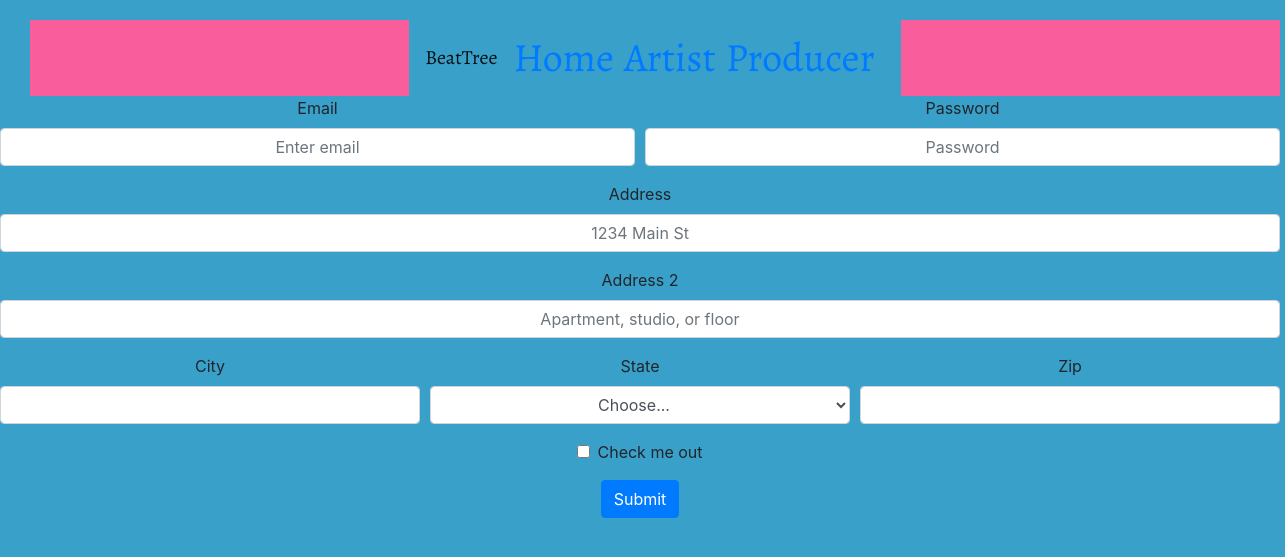
Repository: kellysciandra/beattree
Page: /signup
These files come from the project's save history. The page is drawn as it stood at one moment and after the next save; the edit follows.
The browser window is 1280 px wide. The page is 1285 px wide, so the pictures cover 1285 px, including what lies to the right of the window. The pictures show the whole page.
The project was rebuilt for these pictures with package versions that can differ from the ones it lists, and the page was loaded fresh each time. Also part of the build but not shown: src/components/layout/Home.js, src/components/artist/Artist.js, src/components/producer/Producer.js, src/components/MusicSection.js, src/components/signup/ArtistSignup.js, src/components/signup/ProducerSignup.js.

Above is the page before, as saved 2019-12-22 11:32:37.

### public/index.html
<!DOCTYPE html>
<html lang="en">
  <head>
    <meta charset="utf-8" />
    <link rel="icon" href="%PUBLIC_URL%/favicon.ico" />
    <meta name="viewport" content="width=device-width, initial-scale=1" />
    <meta name="theme-color" content="#000000" />
    <meta
      name="description"
      content="Web site created using create-react-app"
    />
    <link rel="apple-touch-icon" href="%PUBLIC_URL%/logo192.png" />
    <link href="https://fonts.googleapis.com/css?family=IBM+Plex+Serif&display=swap" rel="stylesheet">
    <link href="https://fonts.googleapis.com/css?family=Alegreya:400,900&display=swap" rel="stylesheet">
    <!--
      manifest.json provides metadata used when your web app is installed on a
      user's mobile device or desktop. See https://developers.google.com/web/fundamentals/web-app-manifest/
    -->
    <link rel="manifest" href="%PUBLIC_URL%/manifest.json" />
    <!--
      Notice the use of %PUBLIC_URL% in the tags above.
      It will be replaced with the URL of the `public` folder during the build.
      Only files inside the `public` folder can be referenced from the HTML.

      Unlike "/favicon.ico" or "favicon.ico", "%PUBLIC_URL%/favicon.ico" will
      work correctly both with client-side routing and a non-root public URL.
      Learn how to configure a non-root public URL by running `npm run build`.
    -->
    <title>React App</title>
  </head>
  <body>
    <noscript>You need to enable JavaScript to run this app.</noscript>
    <div id="root"></div>
    <!--
      This HTML file is a template.
      If you open it directly in the browser, you will see an empty page.

      You can add webfonts, meta tags, or analytics to this file.
      The build step will place the bundled scripts into the <body> tag.

      To begin the development, run `npm start` or `yarn start`.
      To create a production bundle, use `npm run build` or `yarn build`.
    -->
  </body>
</html>

### src/App.js
import React from 'react';
import { BrowserRouter as Router, Route} from 'react-router-dom'

//components
import Home from './components/layout/Home'
import NavBar from './components/layout/NavBar'
import Artist from './components/artist/Artist'
import Signup from './components/signup/Signup'
import MusicSection from './components/MusicSection'
import ArtistSignup from './components/signup/ArtistSignup'
import ProducerSignup from './components/signup/ProducerSignup'

//css
import './css/style.scss'


const App = (props) => {
  return (
    <Router>
      <div>
        <NavBar />
        <Route exact path="/" component={Home}/>
        <Route exact path="/signup" component={Signup} />
        <Route exact path="/signup/artist" component={ArtistSignup}/>
        <Route exact path="/signup/producer" component={ProducerSignup}/>
        <Route exact path="/artist" component={Artist}/>
        <Route exact path="/producer" component={MusicSection}/>
      </div>
    </Router>
  )
}

export default App

### src/components/layout/NavBar.js
import React from 'react'
import { NavLink } from 'react-router-dom'
import Navbar from 'react-bootstrap/Navbar'


const NavBar = () => {
    return (
        <div className='nav-bar'>
        <Navbar expand="sm" variant="light">
          <Navbar.Brand href="#">BeatTree</Navbar.Brand>

            <NavLink to='/' style={{ marginRight: 10 }}>Home </NavLink>
            <NavLink to="/signup/" style={{ marginRight: 10 }}>Artist</NavLink>
            <NavLink to="/signup/producer" style={{ marginRight: 10 }}>Producer</NavLink>
      </Navbar>
      </div>
    )
}

export default NavBar

### src/components/signup/Signup.js
import React from "react";

import Button from 'react-bootstrap/Button'
import "@fortawesome/fontawesome-free/css/all.min.css";
import "bootstrap-css-only/css/bootstrap.min.css";




import { Col, Form } from "react-bootstrap";


function Signup() {
      return(
    <Form>
      <Form.Row>
        <Form.Group as={Col} controlId="formGridEmail">
          <Form.Label>Email</Form.Label>
          <Form.Control type="email" placeholder="Enter email" />
        </Form.Group>

        <Form.Group as={Col} controlId="formGridPassword">
          <Form.Label>Password</Form.Label>
          <Form.Control type="password" placeholder="Password" />
        </Form.Group>
      </Form.Row>

      <Form.Group controlId="formGridAddress1">
        <Form.Label>Address</Form.Label>
        <Form.Control placeholder="1234 Main St" />
      </Form.Group>

      <Form.Group controlId="formGridAddress2">
        <Form.Label>Address 2</Form.Label>
        <Form.Control placeholder="Apartment, studio, or floor" />
      </Form.Group>

      <Form.Row>
        <Form.Group as={Col} controlId="formGridCity">
          <Form.Label>City</Form.Label>
          <Form.Control />
        </Form.Group>

        <Form.Group as={Col} controlId="formGridState">
          <Form.Label>State</Form.Label>
          <Form.Control as="select">
            <option>Choose...</option>
            <option>...</option>
          </Form.Control>
        </Form.Group>

        <Form.Group as={Col} controlId="formGridZip">
          <Form.Label>Zip</Form.Label>
          <Form.Control />
        </Form.Group>
      </Form.Row>

      <Form.Group id="formGridCheckbox">
        <Form.Check type="checkbox" label="Check me out" />
      </Form.Group>

      <Button variant="primary" type="submit">
        Submit
      </Button>
    </Form>
    )
  };






export default Signup

### src/css/style.scss
@import url('https://fonts.googleapis.com/css?family=Roboto:300,400,700');

* {
  text-align: center;
  margin: 0;
  padding: 0;
  -webkit-box-sizing: border-box;
  -moz-box-sizing: border-box;
  box-sizing: border-box;
  background-color:#39a0ca
}

html {
  font-size: 16px;
  font-family: 'IBM Plex Serif', serif;
}

@media screen and (max-width: 500px) {
  html {
    font-size: 10px;
  }
}

.container-1 {
  background-color: #f95d9b;
  border: dotted;
  border-style: dashed;
  padding: 10px;
  margin-left: 75px;
  display: inline;
}

.container-2 {
  background-color: #478559;
  border: dotted;
  border-style: dashed;
  padding: 10px;
  margin-left: 75px;
  display: inline;
}



.italic {
  font-style: italic;
}

.caption {
  text-transform: uppercase;
  font-weight: 300;
}

/* Music Panel related */

.music-panel {
  display: grid;
  grid-template-columns: 1fr;
}

.nav-bar {
  text-align: center;
  font-family: 'Alegreya', serif;
  margin-top: 20px;
  margin-left: 30px;
  font-size: 40px;
  display: flex;
  justify-content: space-around;
  background-color: #f95d9b
}

li {
  list-style: none;
  display: inline-block;
}

.links {
  padding: 1em;
  text-decoration: none;
  color: #ab14ab;
}


.link-div {
  text-transform: uppercase;
  padding: 1em;
  text-align: center;
}

.link-div:hover,
.link-div:focus,
.link-div:active {
  border-bottom: solid 4px #ab14ab;
}

.active-link {
  border-bottom: solid 4px #ab14ab;
}

/* Song Panel related */
.show-songs {
  padding: 1em;
  height: 70vh;
}

.song-list {
  height: 80%;
  overflow-y: auto;
}

/* Search bar related */

.search-bar {
  margin: 1em;
}

.search-div {
  color: #ab14ab;
  font-size: 1em;
  position: relative;
}

.search-box {
  visibility: hidden;
  letter-spacing: 1px;
  padding: 1em;
  height: 40px;
}

.search-icon {
  position: absolute;
  top: 40%;
  left: -4px;
  color: #ab14ab;
}

.search-div:hover {
  cursor: pointer;
}

.search-div:hover .search-box {
  visibility: visible;
}

.search-div:hover .close-icon {
  visibility: visible;
}


.close-icon {
  position: absolute;
  right: 0;
  top: 40%;
  visibility: hidden;
  color: #bbb;
}

.close-icon:hover {
  cursor: pointer;
}

input[type=text] {
  width: 100%;
  border: 0;
  outline: 0;
}

input[type=text]:hover  {
  cursor: pointer;
}


input[type=text]:focus  {
  border-bottom: solid 2px #ab14ab;
}


/* song info related */
.song-info {
  display: grid;
  grid-template-columns: 1fr 1fr 1fr;
  border-bottom: solid 1px #ddd;
  margin-bottom: 1em;
  padding: 1em;
  grid-gap: 1em;
}

.song-info:hover {
  background-color: #eee;
  box-shadow: 1px 1px 15px rgba(0, 0, 0, .5);
}

.song-name {
  font-size: 1em;
  padding: 1px;
}


.song-artist {
  font-size: 0.7em;
}

.song-rating {
  font-size: 0.7em;
}

.movie-info {
  width: 100px;
  text-overflow: ellipsis;
  overflow: hidden;
  white-space: nowrap;
  display: inline-block;
}


/* Popover related */
.popover {
  position: relative;
  display: inline-block;
  padding: 10px;
}

.popover-icon {
  color: #ab14ab;
  cursor: pointer;
}

.popover-content {
  display: none;
  background-color: #eee;
  padding: 1em;

  position: absolute;
  z-index: 1;
  top: -29px;
  left: 23px;

  border-radius: 2px;
  font-size: 1.3rem;

  width: 200px;
  opacity: .8;
  border: 1px solid #ddd;
}

.popover-content::before {
  content: '';
  border-bottom: solid 10px transparent;
  border-top: solid 10px transparent;
  border-right: solid 10px #eee;
  position: absolute;
  left: -8px;
  top: 36%;

}

.popover:hover .popover-content {
  display: block;
}

/* audio related */
audio {
  width: 200px;
}

@media screen and (max-width: 500px) {
  .popover-content::before {
    content: '';
    border-bottom: solid 10px transparent;
    border-top: solid 10px transparent;
    border-right: solid 10px #eee;
    position: absolute;
    left: -8px;
    top: 25%;
  }

  .popover-content {
    display: none;
    background-color: #eee;
    padding: 1em;

    position: absolute;
    z-index: 1;
    top: -13px;
    left: 21px;

    border-radius: 2px;
    font-size: 1.3rem;

    width: 150px;
    opacity: .8;
    border: 1px solid #ddd;
  }

  audio {
    width: 150px;
  }

  .movie-info {
    width: 20px;
  }
}

@media screen and (max-width: 320px) {
  .movie-info {
    width: 10px;
  }

  audio {
    width: 90px;
  }
}

.popover-info {
  display: block;
  font-size: .5em;
}

/* Stars related */
.star {
  padding: 0.2em;
  cursor: pointer;
}

.checked {
  color: #ab14ab;
}

.unchecked {
  color: #eee;
}


/* scrollbar related */
::-webkit-scrollbar {
  width: 10px;
}

::-webkit-scrollbar-thumb {
  border-radius: 8px;
  background-color: #ddd;
}

.login {
  border-radius: 25px;
  border-width: 10px;
  white-space: nowrap;
  padding: 5em;
  box-shadow: 1px 1px 15px rgba(0, 0, 0, .5);
  display: inline-block;
  font-family: 'Alegreya', serif;
}



.logo {
  font-family: 'Alegreya', serif;
  font-size: 15em;
  margin-left: 20px;
  margin-bottom: 25px
}

Loaded but not shown: src/index.js (common file); src/serviceWorker.js (common file)

After the next save:
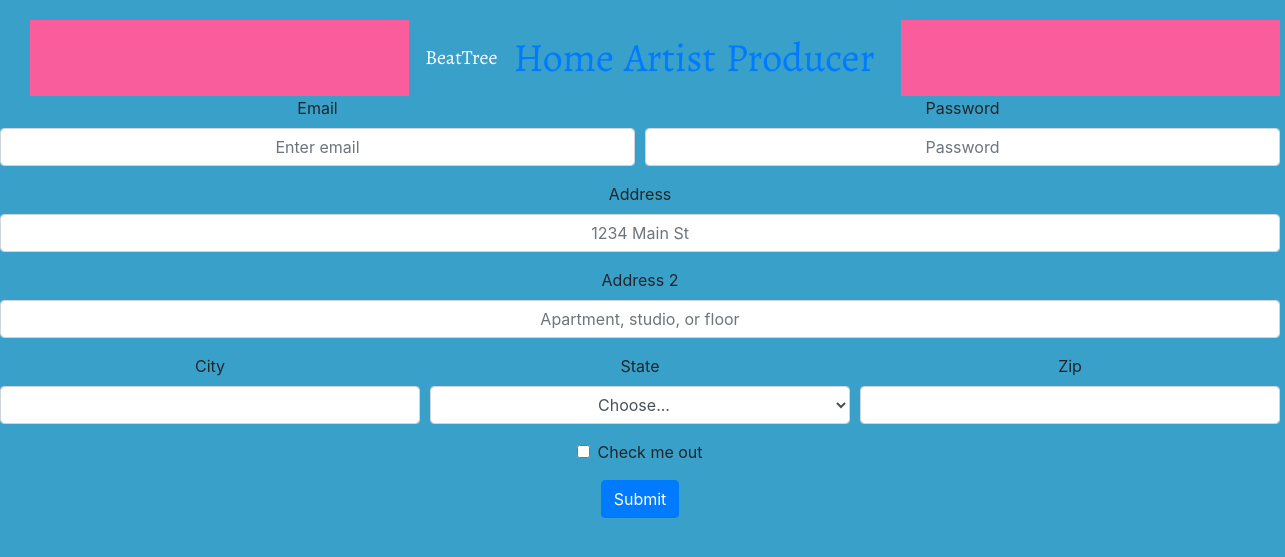
Saved 5 s later.
--- a/src/components/layout/NavBar.js
+++ b/src/components/layout/NavBar.js
@@ -6,7 +6,7 @@
 const NavBar = () => {
     return (
         <div className='nav-bar'>
-        <Navbar expand="sm" variant="light">
+        <Navbar expand="sm" variant="dark">
           <Navbar.Brand href="#">BeatTree</Navbar.Brand>
 
             <NavLink to='/' style={{ marginRight: 10 }}>Home </NavLink>
